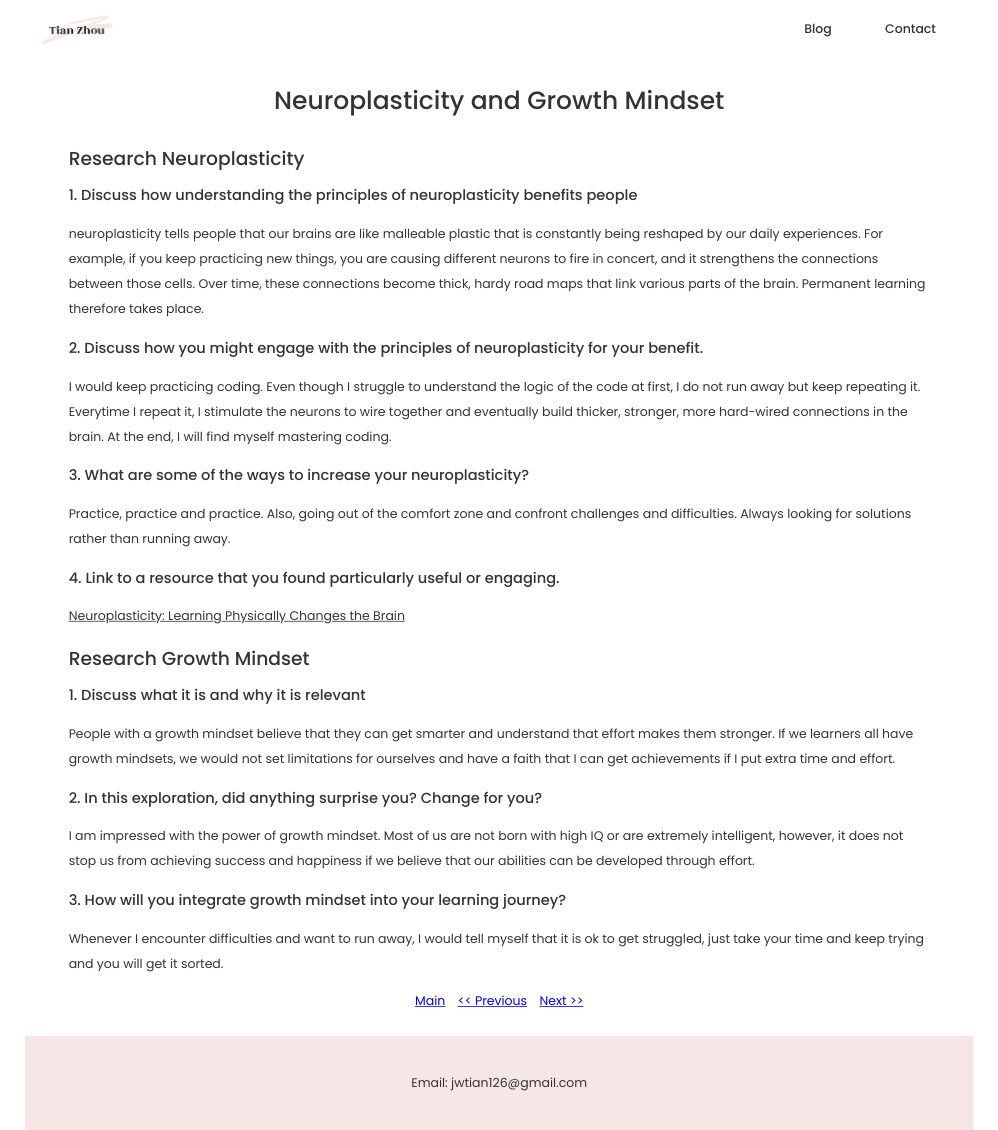
Repository: Tiaanz/Tiaanz.github.io
Page: blog/neuroplasticity.html
An editor plug-in stored every save of this project. The page is shown before and after a run of saves, followed by the edit.
The browser window is 1280 px wide. The pictures show the whole page, at 78% of full size.

Above is the page before, as saved 2023-01-30 14:37:08.

After the next 3 saves:
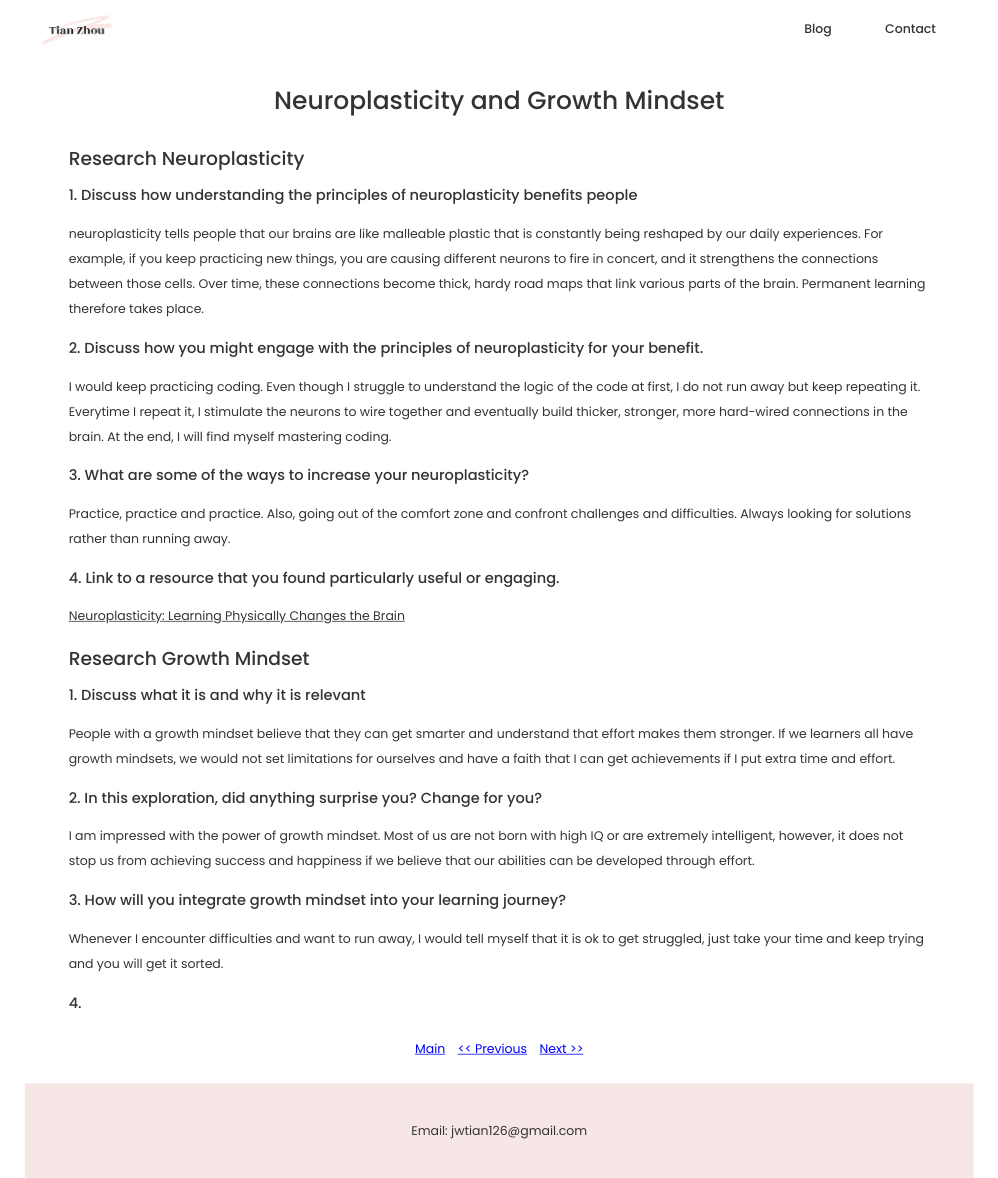
The 3 saves are shown as one change because they came seconds apart.
The last was saved 22 s later.
--- a/blog/neuroplasticity.html
+++ b/blog/neuroplasticity.html
@@ -45,6 +45,7 @@
             <p>I am impressed with the power of growth mindset. Most of us are not born with high IQ or are extremely intelligent, however, it does not stop us from achieving success and happiness if we believe that our abilities can be developed through effort.</p>
             <h3>3. How will you integrate growth mindset into your learning journey?</h3>
             <p>Whenever I encounter difficulties and want to run away, I would tell myself that it is ok to get struggled, just take your time and keep trying and you will get it sorted.</p>
+            <h3>4. </h3>
             <div class="page-nav">
                 <a href="../index.html">Main</a>
                 <a href="./emotional-intelligence.html"> &lt&lt Previous</a>
